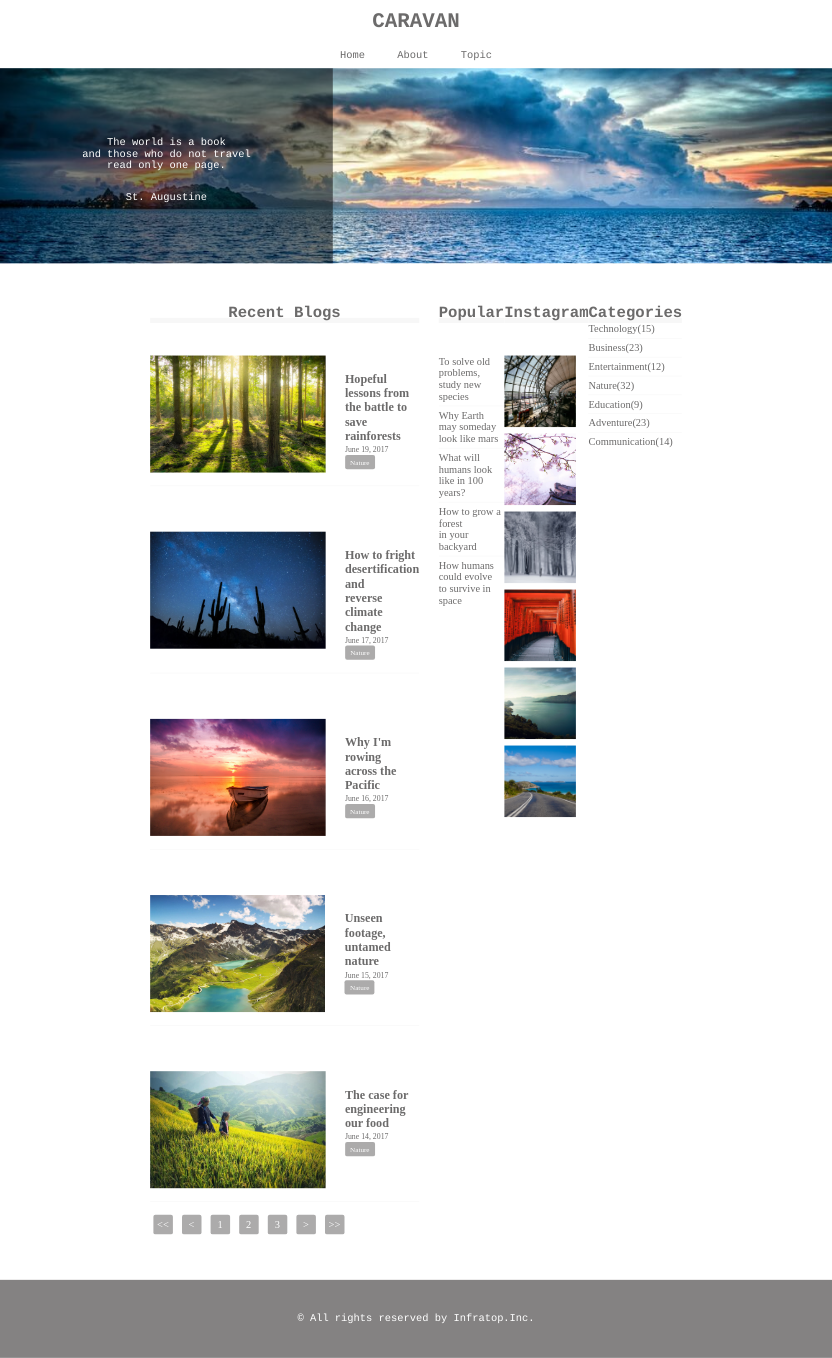
Repository: night-runner-dh/kyouzai
Page: CARAVAN/CARAVAN.html
The author's editor kept a record of every edit. The page is drawn from the files as they stood at one moment, then again after the next edit.
The browser window is 1280 px wide. The pictures show the whole page, at 65% of full size.

Above is the page before.

After the next edit:
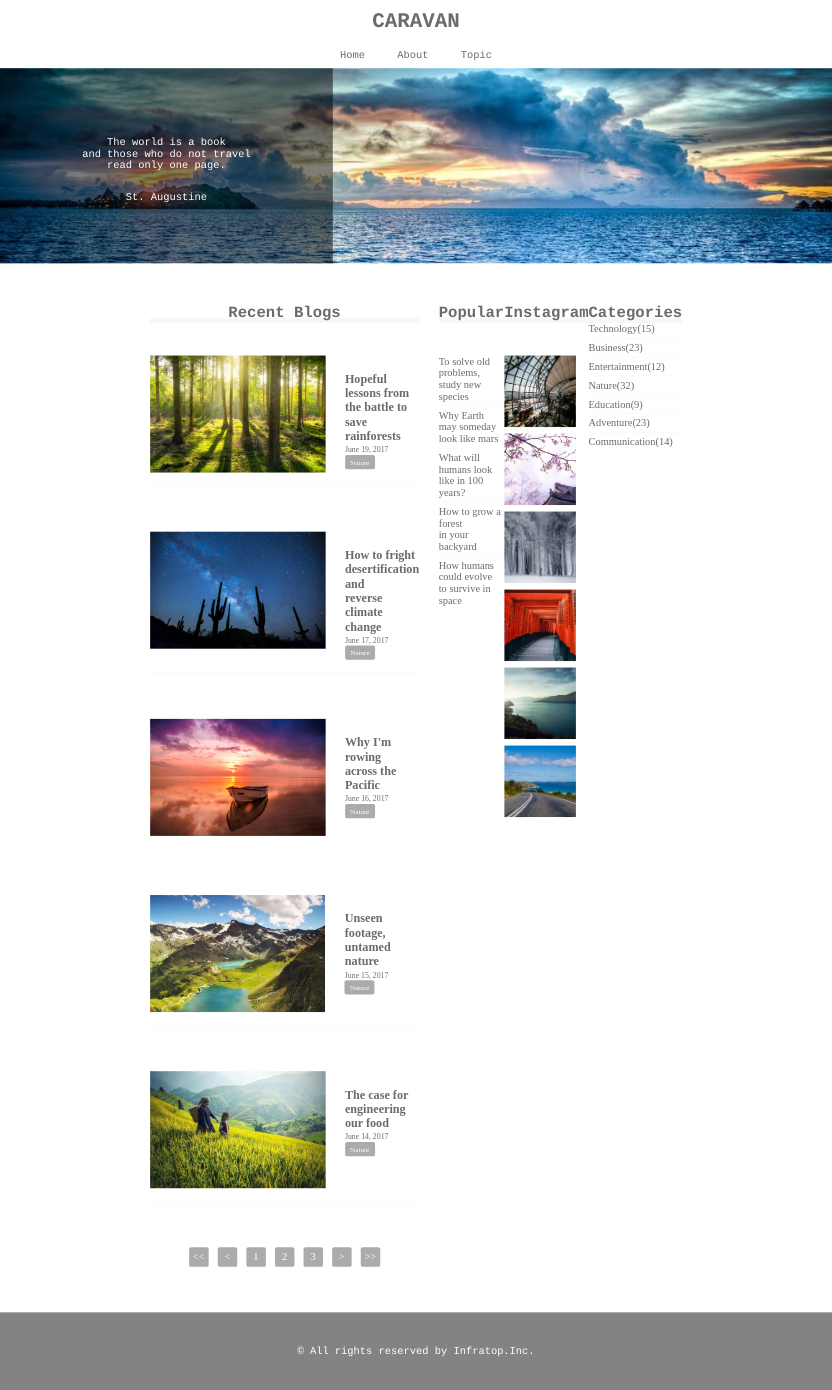
The edit:
--- a/CARAVAN/CARAVAN.html
+++ b/CARAVAN/CARAVAN.html
@@ -123,7 +123,7 @@
           </section>
         </div>
         </div>
-        <divk class="pagination">
+        <div class="pagination">
         	<p><<</p>
         	<p><</p>
         	<p>1</p>
